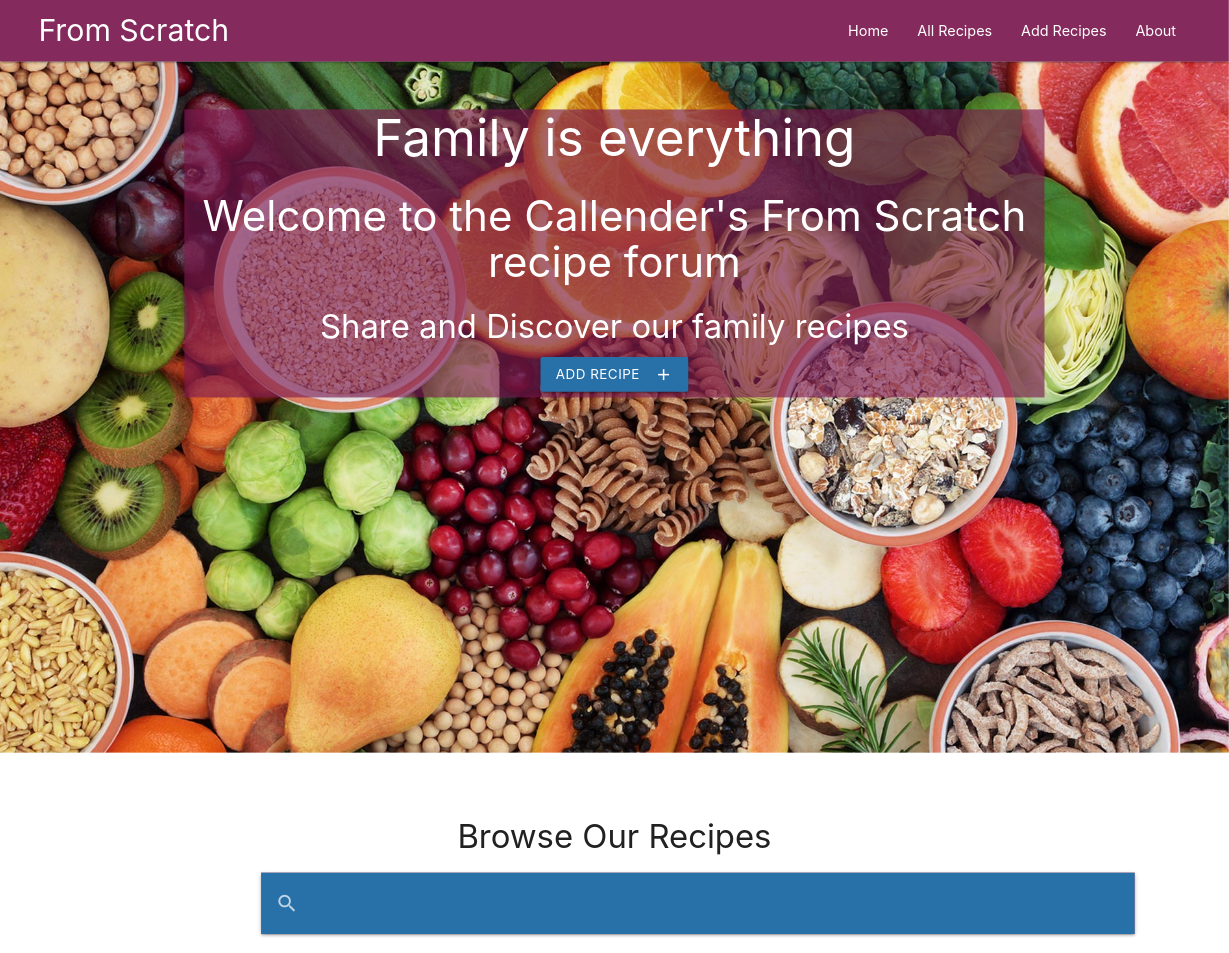
Repository: callendera/MilestoneProject3
Page: http://localhost/
The author's editor kept a record of every edit. The page is drawn from the files as they stood at one moment, then again after the next edit.
The browser window is 1280 px wide. The pictures show the whole page, at 96% of full size.
Backgrounds fixed to the window are drawn as part of the page. The page is served by the project's application, run on Flask 3 (recipe.py). Queries for data that is not in the repository find no rows.

Above is the page before.
Console error: SyntaxError: Unexpected token ')'

After the next edit:
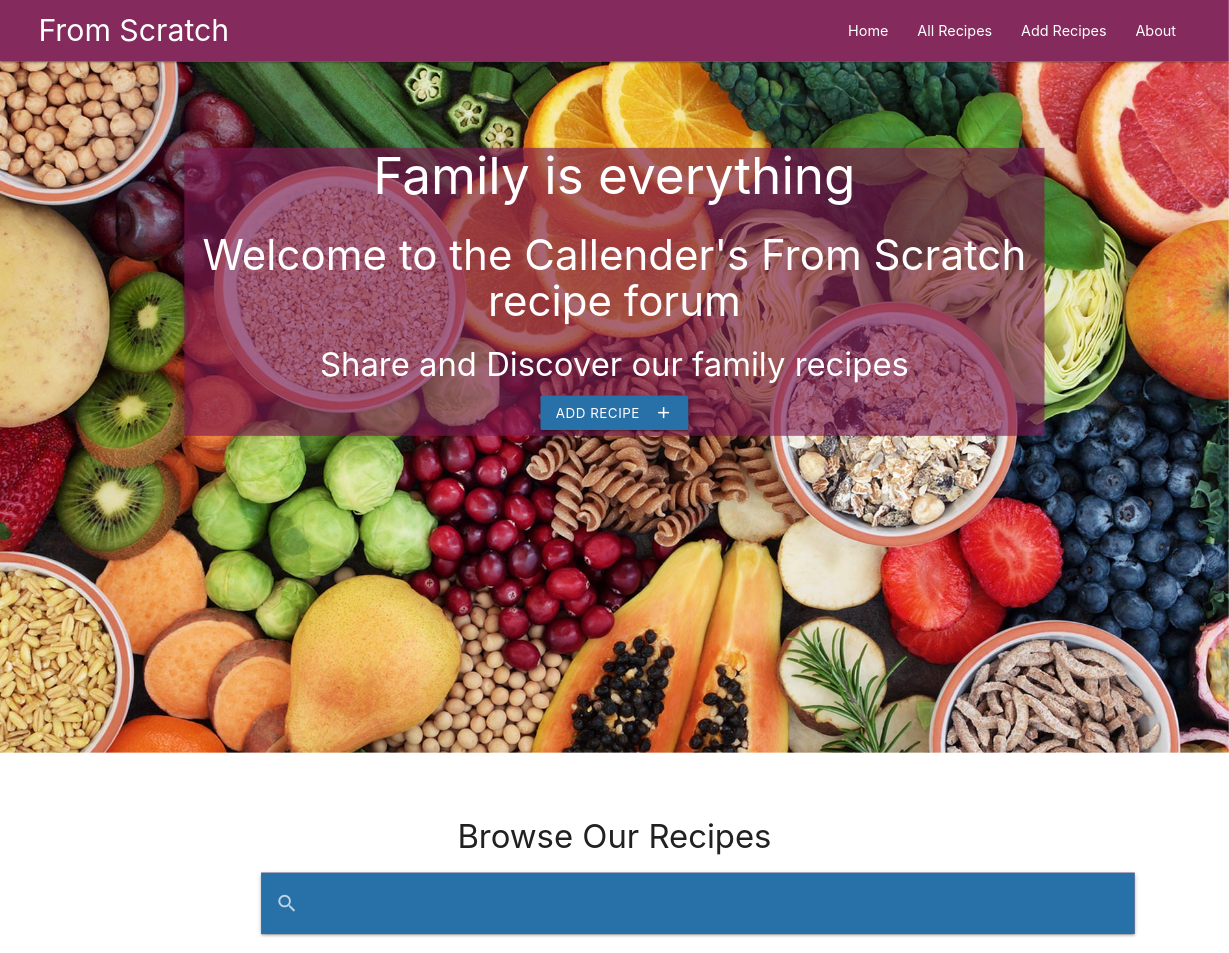
The edit:
--- a/static/css/style.css
+++ b/static/css/style.css
@@ -141,7 +141,10 @@
         align-items: center;
         justify-content: center;
         /*--- the height that container will take up in the viewport ---*/
-        height: 100vh;
+        height: 60vh;
+    }
+    .callout-text-background-color {
+       margin-top: 90px; ;
     }
 }
 
